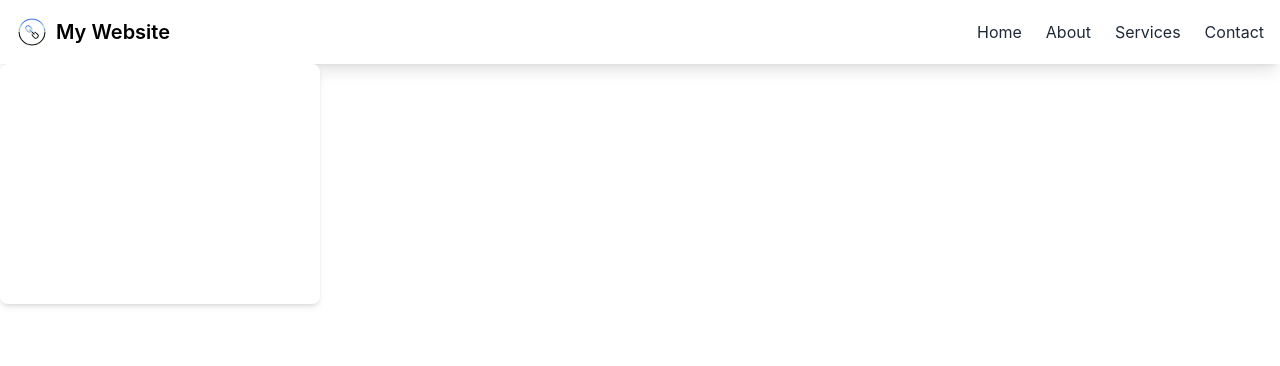
Repository: Abel-A16/react-tailwind
Page: /
An editor plug-in stored every save of this project. The page is shown before and after the next save, followed by the edit.
The browser window is 1280 px wide. The pictures show the whole page.
The project was rebuilt for these pictures with package versions that can differ from the ones it lists, and the page was loaded fresh each time.

Above is the page before, as saved 2024-10-11 10:54:34.

After the next save:
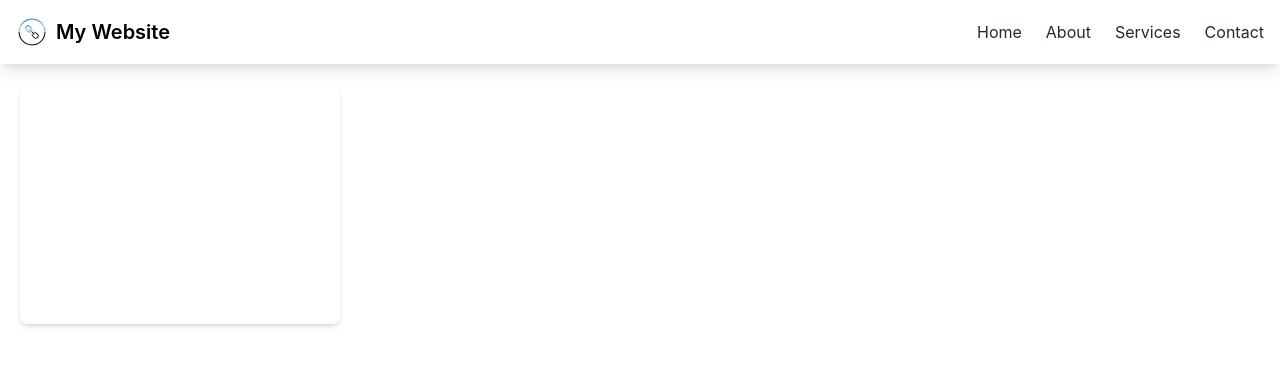
Saved 12 s later.
--- a/src/components/CardComponent.js
+++ b/src/components/CardComponent.js
@@ -2,7 +2,7 @@
 
 function CardComponent({imageUrl, title, description}) {
   return (
-    <div className='bg-white w-80 h-60 shadow-md rounded-lg overflow-hidden hover:scale-105'>
+    <div className='bg-white w-80 h-60 m-5 shadow-md rounded-lg overflow-hidden hover:scale-105'>
 
     </div>
   )
